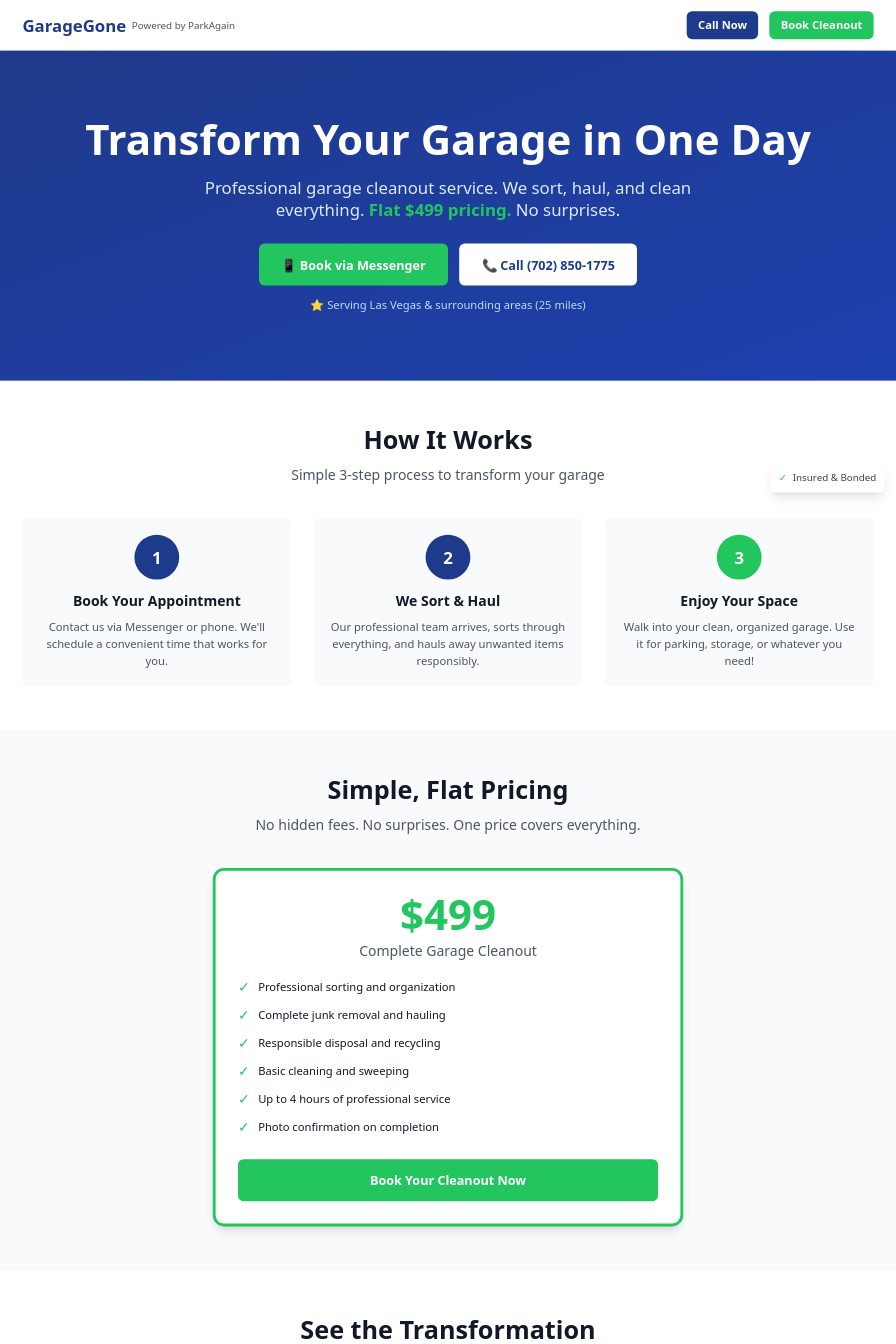
Repository: nikwhite1169/garagegone
Page: index.html
The author's editor kept a copy of each file at every save. The page is drawn from the files as they stood at one save, then again after the next save.
The browser window is 1280 px wide. The pictures show the part of the page from y = 0 to 1920 px (the page is 4946 px tall before and 5058 px after), at 70% of full size.
Some web libraries are served in a nearby version.

Above is the page before, as saved 2025-09-15 13:44:55.

After the next save:
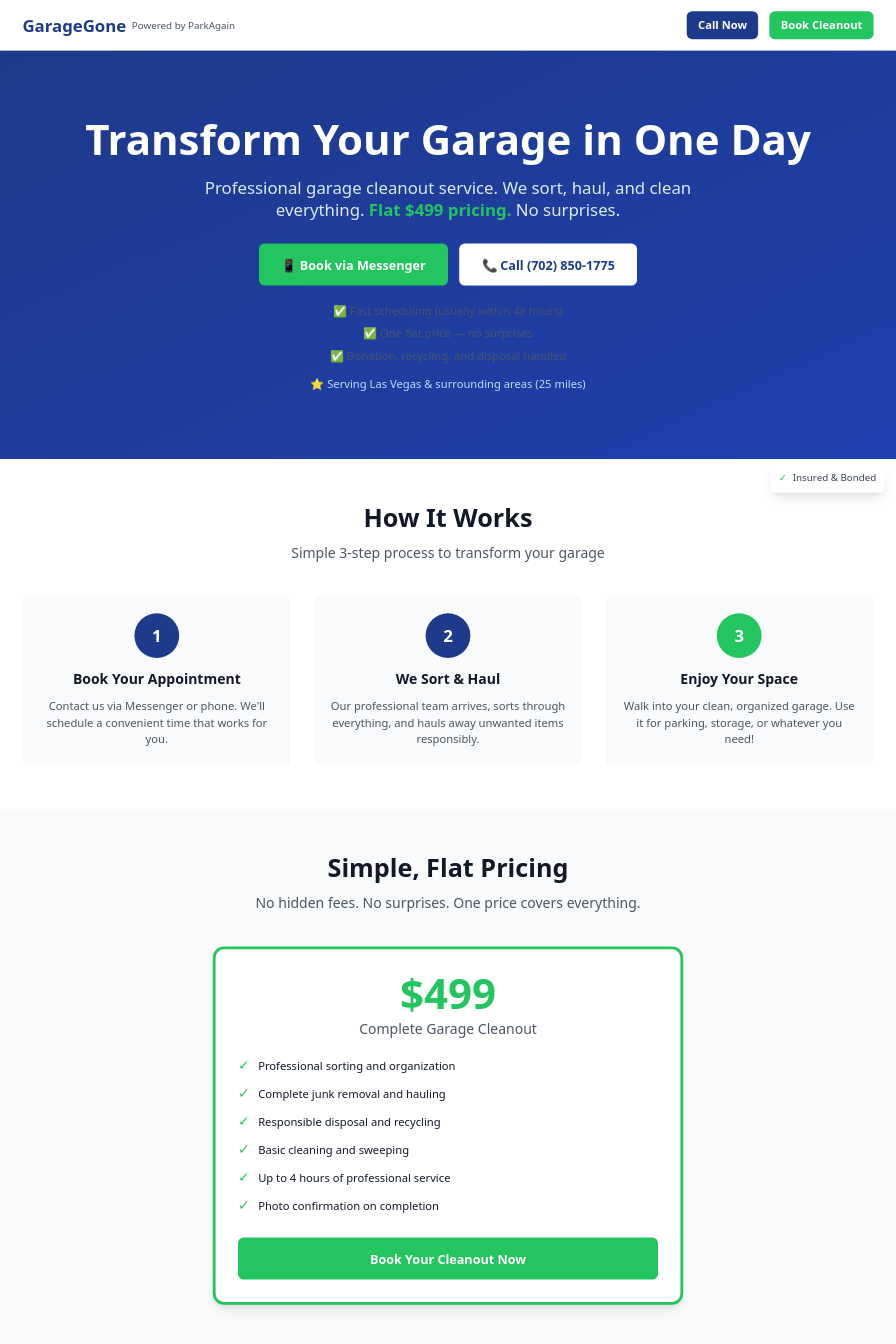
Saved 6 s later.
--- a/index.html
+++ b/index.html
@@ -166,6 +166,11 @@
                          📞 Call (702) 850-1775
                      </a>
                 </div>
+                <ul class="mt-6 text-slate-600 space-y-2">
+                  <li>✅ Fast scheduling (usually within 48 hours)</li>
+                  <li>✅ One flat price — no surprises</li>
+                  <li>✅ Donation, recycling, and disposal handled</li>
+                </ul>
                 <p class="mt-4 text-blue-200">
                     ⭐ Serving Las Vegas & surrounding areas (25 miles)
                 </p>
